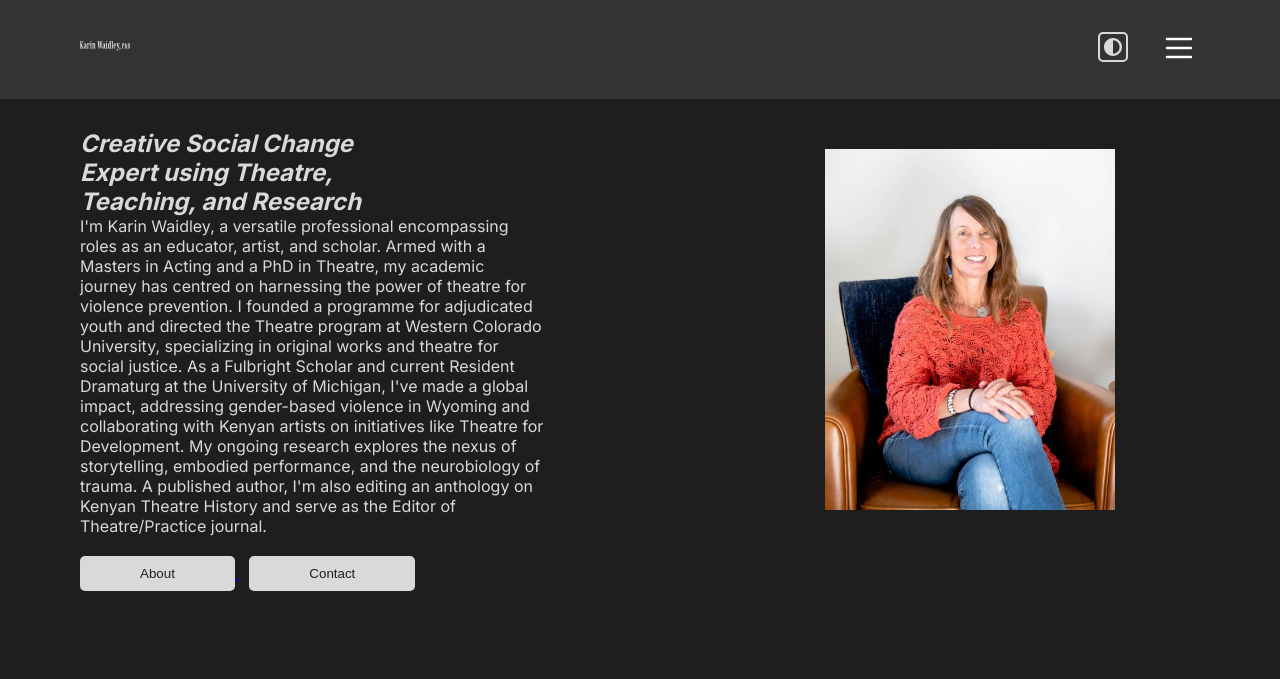
Repository: Ceasor7/Karin
Page: index.html
The author's editor kept a copy of each file at every save. The page is drawn from the files as they stood at one save, then again after the next save.
The browser window is 1280 px wide. The pictures show the whole page.

Above is the page before, as saved 2023-12-15 20:51:59.

After the next save:
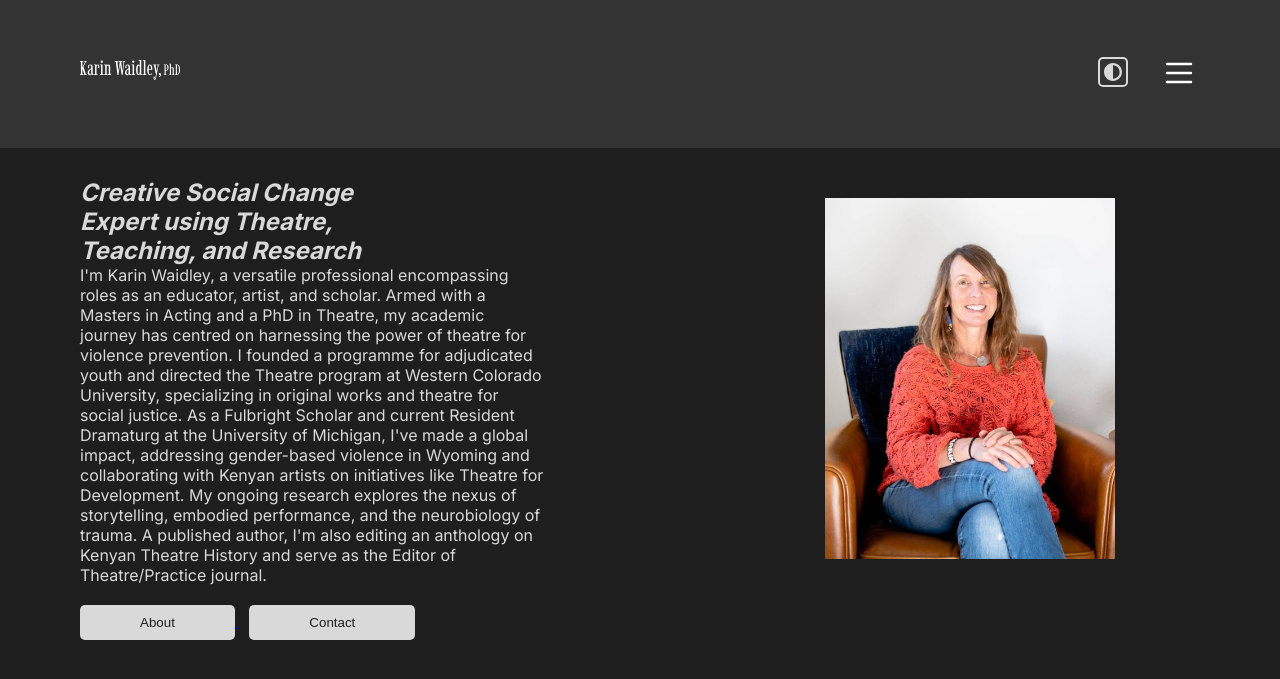
Saved 34 s later.
--- a/index.html
+++ b/index.html
@@ -76,8 +76,8 @@
         }
 
         .navbar-logo img {
-            height: 30px;
-            width: 50px;
+            height: 80px;
+            width: 100px;
         }
 
         .navbar-icons {
